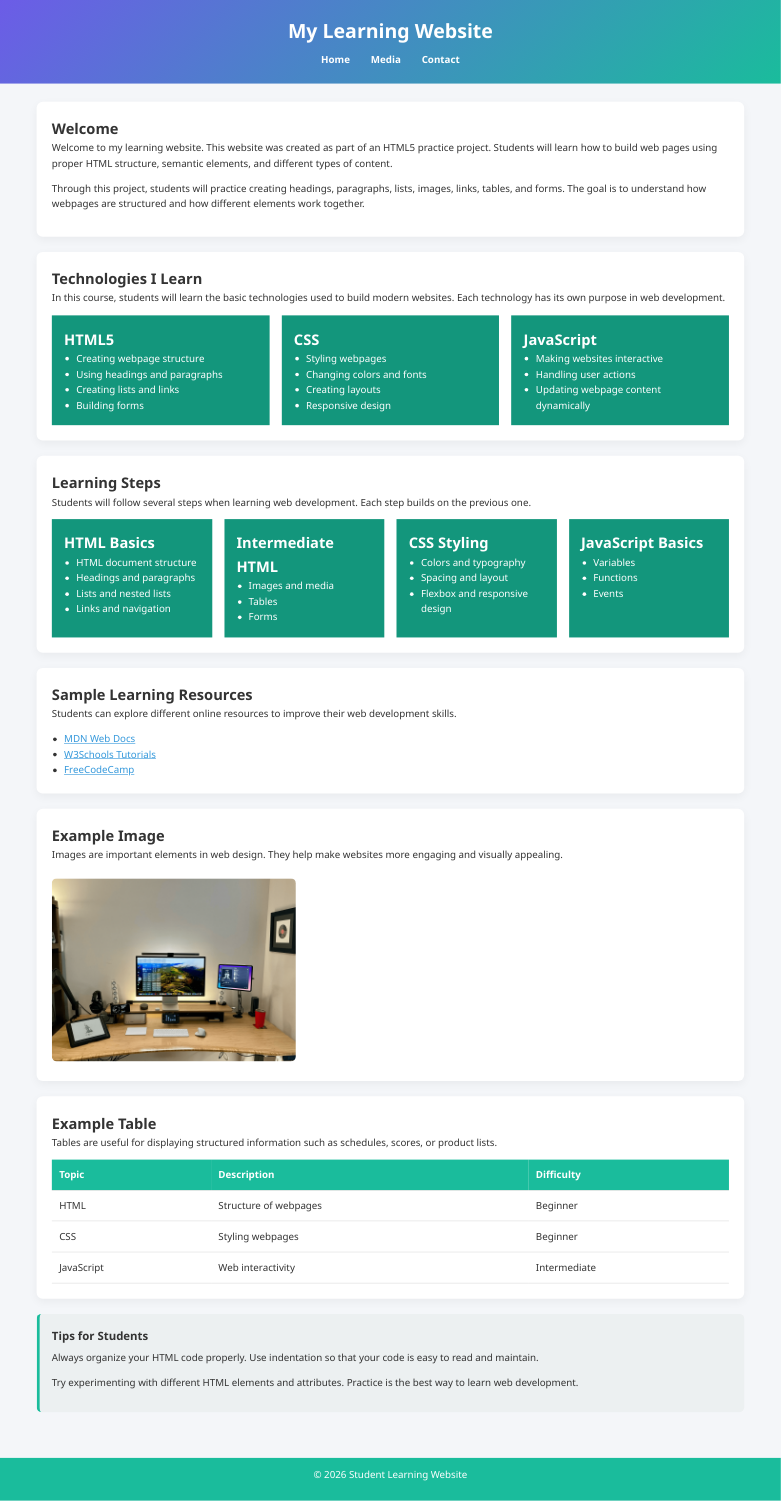
Repository: Than-sothearak/web_client_programing
Page: Week_03/index.html
These files come from the project's save history. The page is drawn as it stood at one moment and after the next save; the edit follows.
The browser window is 1280 px wide. The pictures show the whole page, at 61% of full size.

Above is the page before, as saved 2026-03-24 21:32:08.

After the next save:
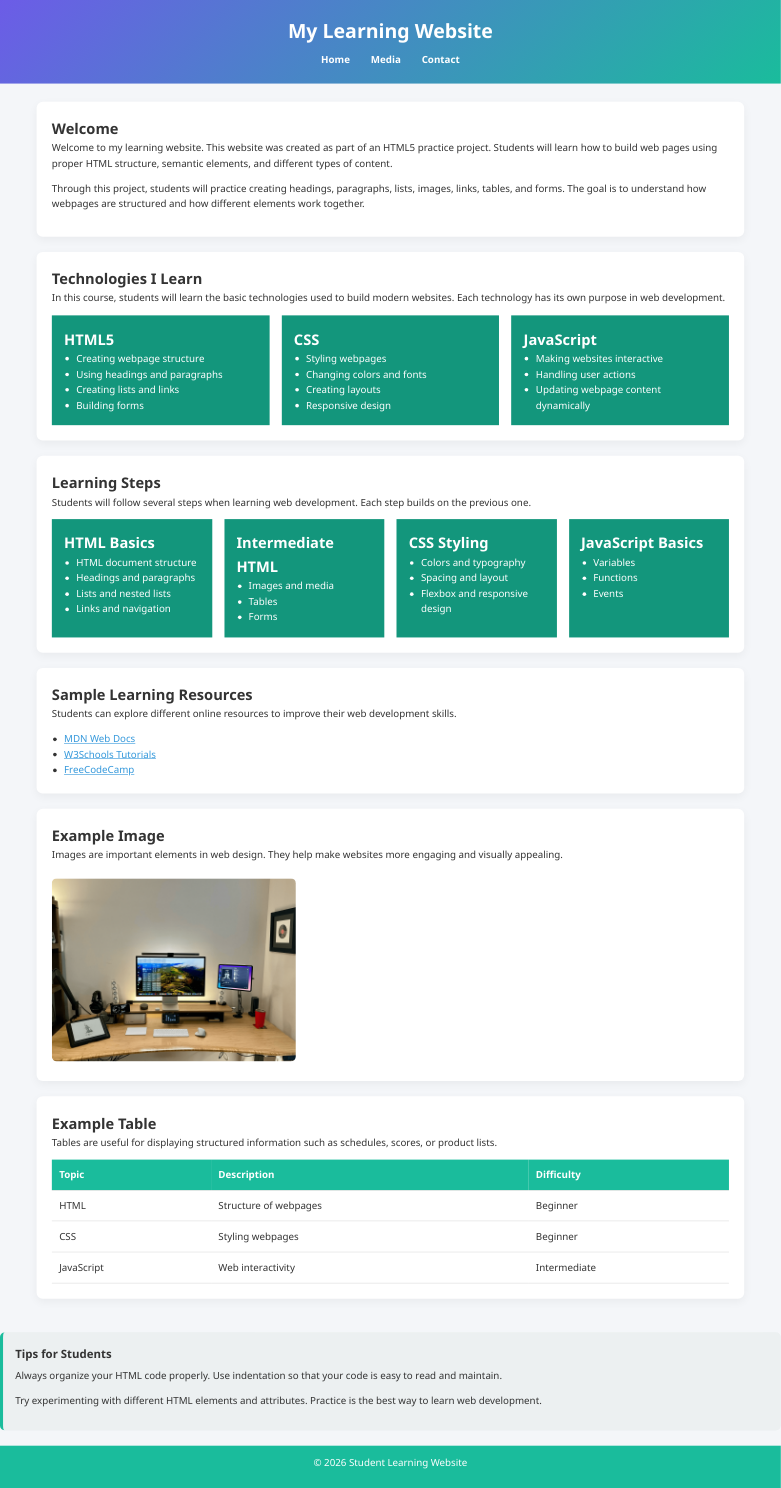
Saved 62 s later.
--- a/Week_03/index.html
+++ b/Week_03/index.html
@@ -205,7 +205,9 @@
         </table>
       </section>
 
-      <aside>
+
+    </main>
+  <aside>
         <h3>Tips for Students</h3>
 
         <p>
@@ -218,8 +220,6 @@
           Practice is the best way to learn web development.
         </p>
       </aside>
-    </main>
-
     <footer>
       <p>© 2026 Student Learning Website</p>
     </footer>
